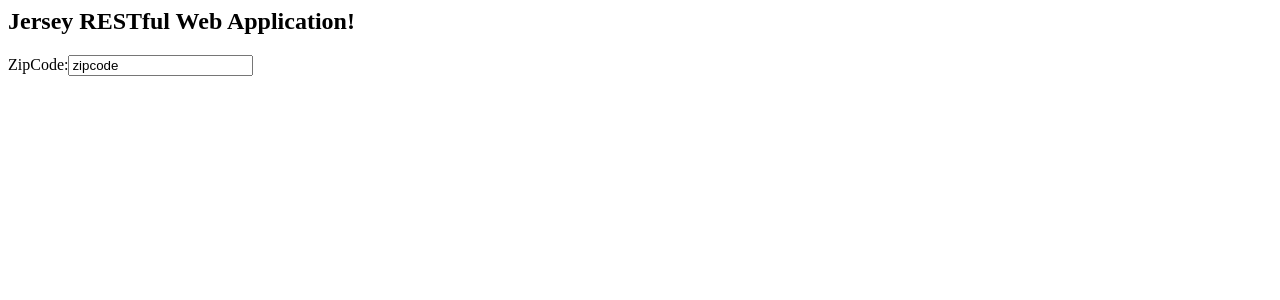
Repository: Vidhya2796/ATPTrainingFoldersJEECloud
Page: http://localhost/zipcode/
An editor plug-in stored every save of this project. The page is shown before and after the next save, followed by the edit.
The browser window is 1280 px wide. The pictures show the whole page.
The page is served by Tomcat 9. Other server files are loaded and not shown.

Above is the page before, as saved 2018-12-20 06:31:28.

### SpringREST/zipcode/src/main/webapp/index.jsp
<html>
<body>
    <h2>Jersey RESTful Web Application!</h2>
    <!-- <p><a href="webapi/myresource">Jersey resource</a>
    <p>Visit <a href="http://jersey.java.net">Project Jersey website</a>
    for more information on Jersey! -->

    <form action="webapi/zipcode">
    ZipCode:<input type="text" value="zipcode">
    </form>

</body>
</html>

After the next save:
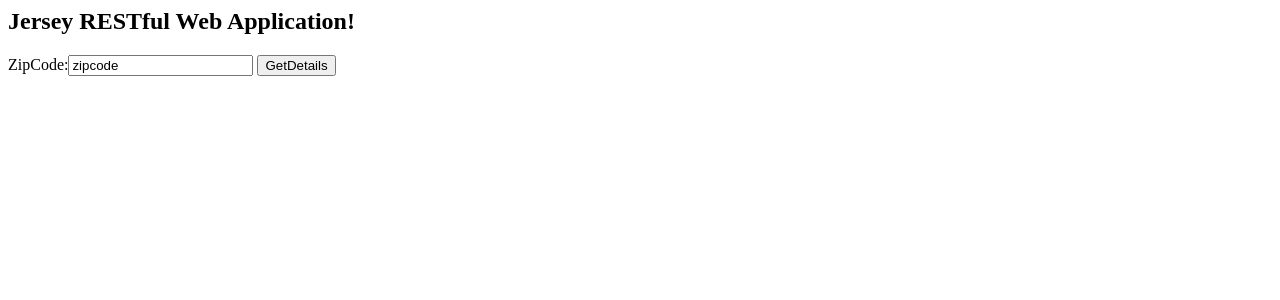
Saved 29 s later.
--- a/SpringREST/zipcode/src/main/webapp/index.jsp
+++ b/SpringREST/zipcode/src/main/webapp/index.jsp
@@ -7,6 +7,7 @@
 
     <form action="webapi/zipcode">
     ZipCode:<input type="text" value="zipcode">
+    <input type="submit" value="GetDetails">
     </form>
 
 </body>
